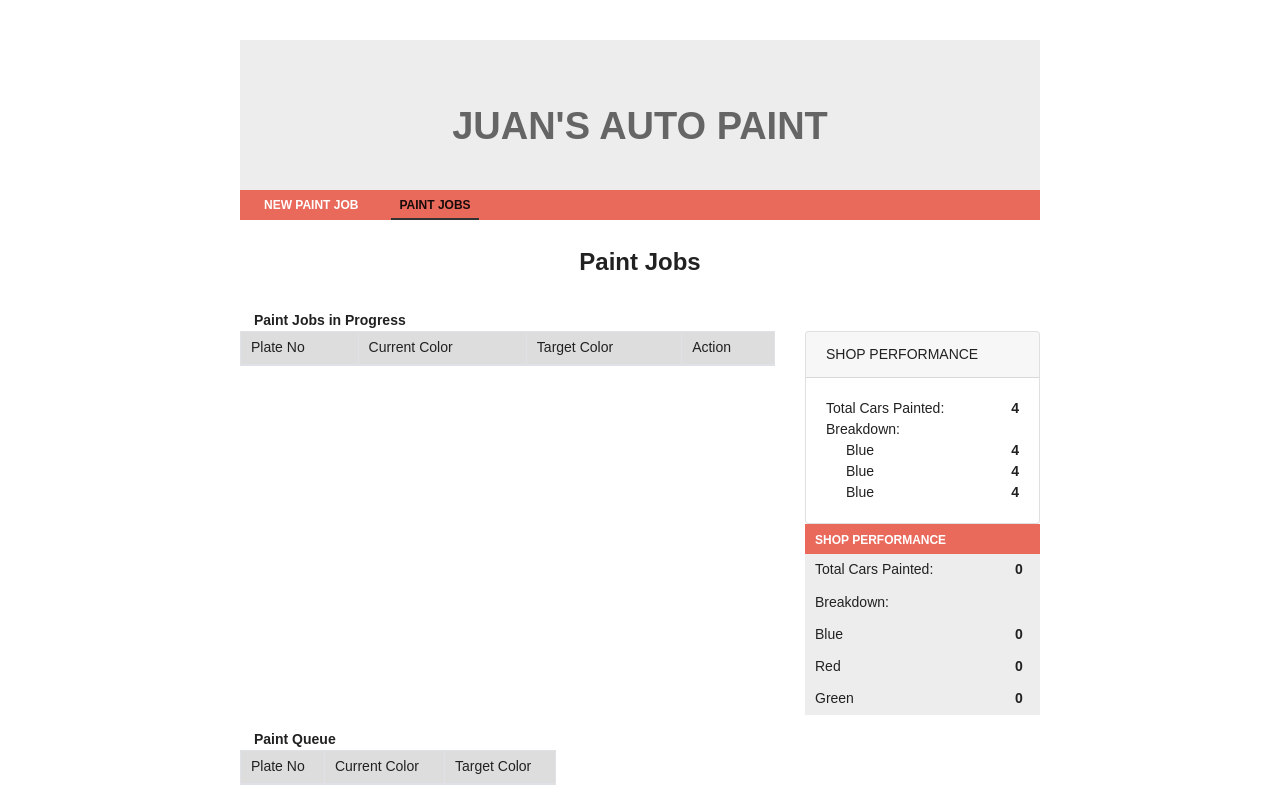
Repository: soycaringal/paint-job
Page: http://localhost/jobs
An editor plug-in stored every save of this project. The page is shown before and after the next save, followed by the edit.
The browser window is 1280 px wide. The pictures show the whole page.
The page is served by the project's Laravel application, run on PHP 8.4 with Laravel 8. Queries for data that is not in the repository find no rows.

Above is the page before, as saved 2020-02-23 20:03:34.

After the next save:
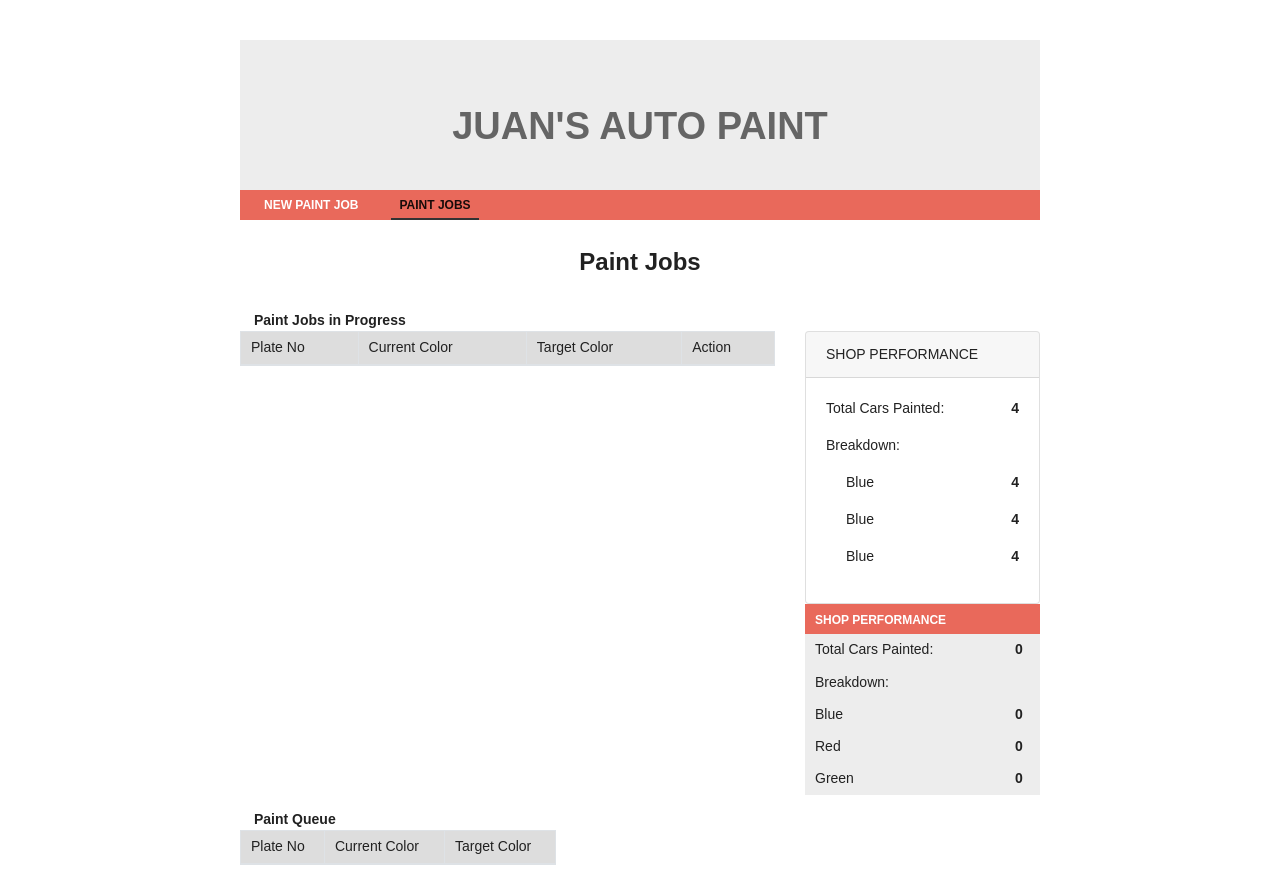
Saved 12 s later.
--- a/resources/views/jobs.blade.php
+++ b/resources/views/jobs.blade.php
@@ -28,23 +28,23 @@
             <div class="card">
                 <div class="card-header">SHOP PERFORMANCE</div>
                 <div class="card-body">
-                    <p class="mb-0">
+                    <p>
                         <span>Total Cars Painted:</span>
                         <span class="total">4</span>
                     </p>
-                    <p class="mb-0">
+                    <p>
                         <span>Breakdown:</span>
                     </p>
                     <div class="car-colors">
-                        <p class="mb-0">
+                        <p>
                             <span>Blue</span>
                             <span class="total">4</span>
                         </p>
-                        <p class="mb-0">
+                        <p>
                             <span>Blue</span>
                             <span class="total">4</span>
                         </p>
-                        <p class="mb-0">
+                        <p>
                             <span>Blue</span>
                             <span class="total">4</span>
                         </p>

After the save that followed:
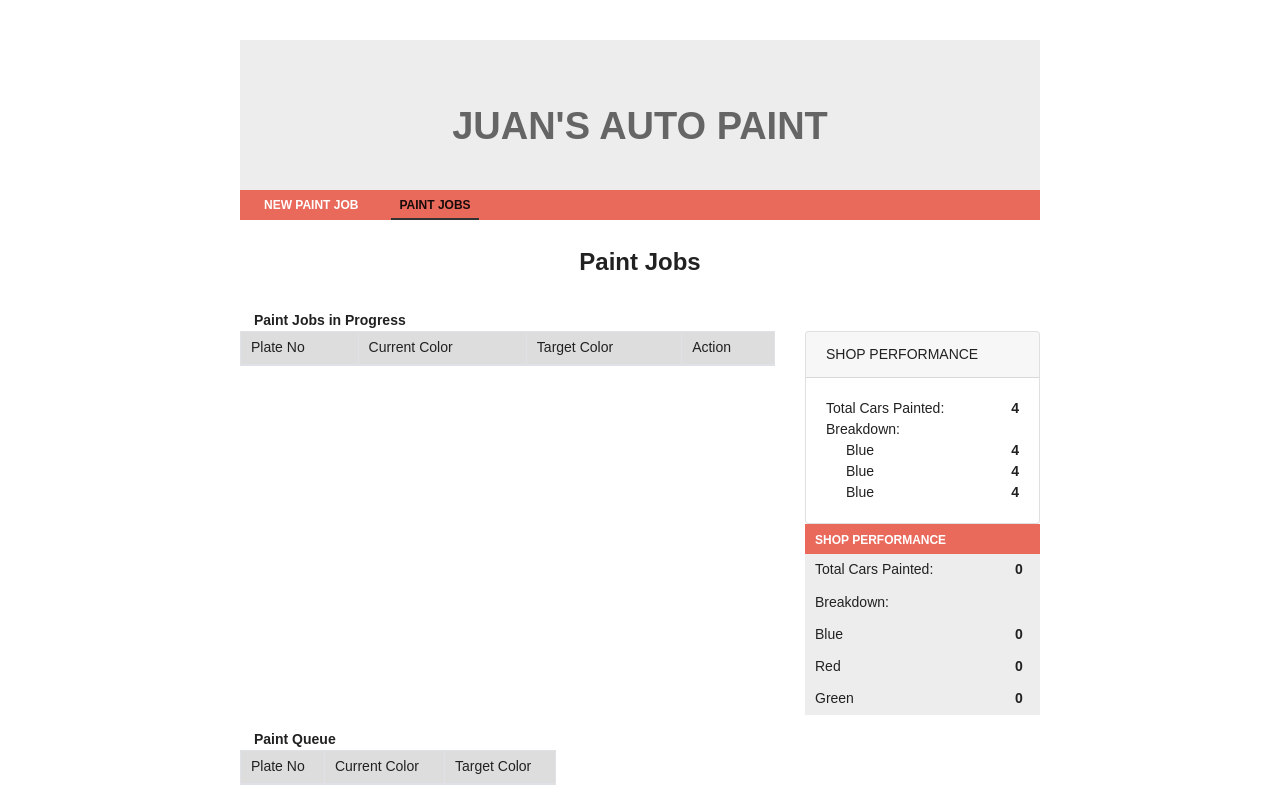
Saved 11 s later.
--- a/resources/views/jobs.blade.php
+++ b/resources/views/jobs.blade.php
@@ -28,23 +28,23 @@
             <div class="card">
                 <div class="card-header">SHOP PERFORMANCE</div>
                 <div class="card-body">
-                    <p>
+                    <p class="mb-0">
                         <span>Total Cars Painted:</span>
                         <span class="total">4</span>
                     </p>
-                    <p>
+                    <p class="mb-0">
                         <span>Breakdown:</span>
                     </p>
                     <div class="car-colors">
-                        <p>
+                        <p class="mb-0">
                             <span>Blue</span>
                             <span class="total">4</span>
                         </p>
-                        <p>
+                        <p class="mb-0">
                             <span>Blue</span>
                             <span class="total">4</span>
                         </p>
-                        <p>
+                        <p class="mb-0">
                             <span>Blue</span>
                             <span class="total">4</span>
                         </p>
